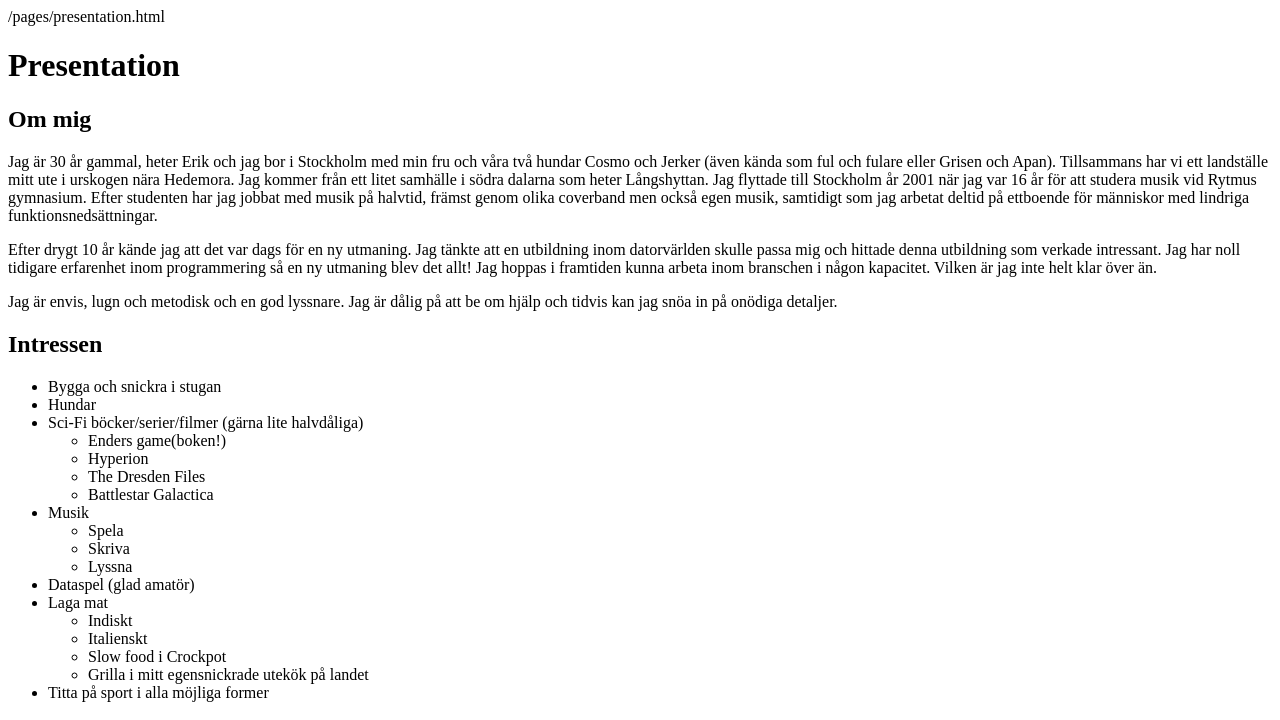
Repository: em222mt/1IK415_em222mt
Page: pages/presentation.html
The author's editor kept a record of every edit. The page is drawn from the files as they stood at one moment, then again after the next edit.
The browser window is 1280 px wide. The pictures show the whole page.

Above is the page before.

After the next edit:
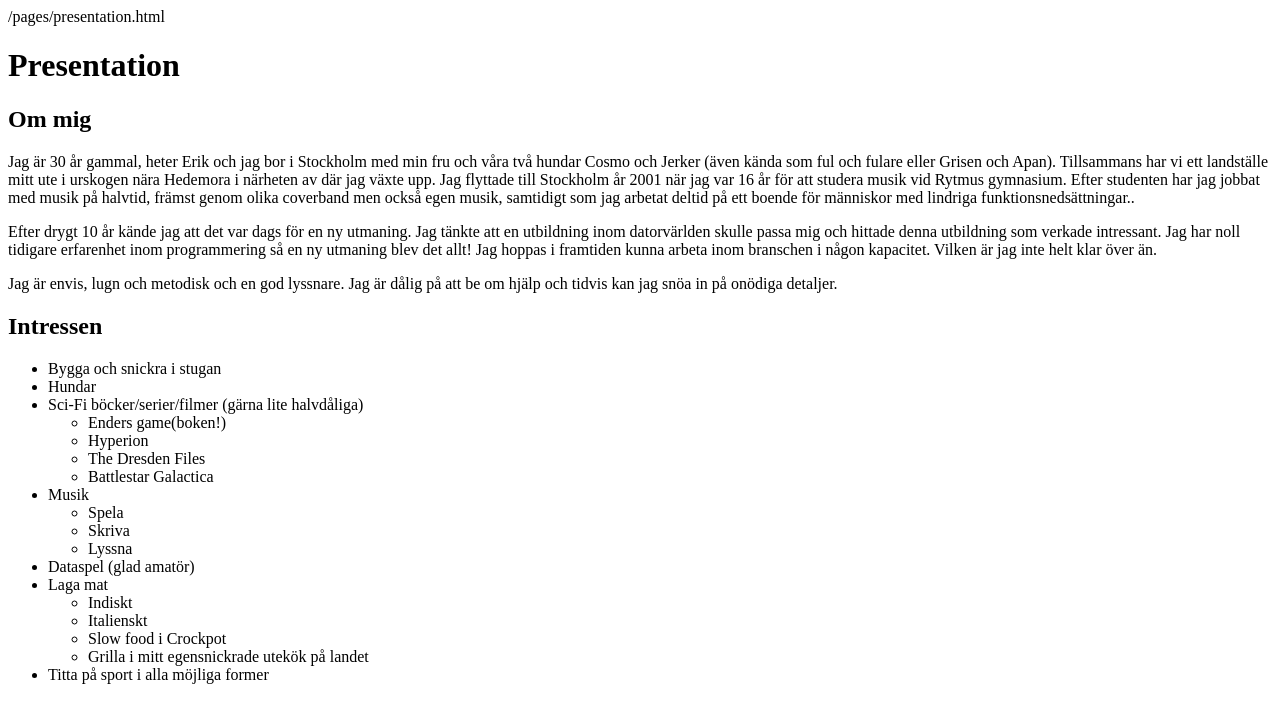
The edit:
--- a/pages/presentation.html
+++ b/pages/presentation.html
@@ -13,7 +13,7 @@
         <h1>Presentation</h1>
 
         <h2>Om mig</h2>
-            <p>Jag är 30 år gammal, heter Erik och jag bor i Stockholm med min fru och våra två hundar Cosmo och Jerker (även kända som ful och fulare eller Grisen och Apan). Tillsammans har vi ett landställe mitt ute i urskogen nära Hedemora. Jag kommer från ett litet samhälle i södra dalarna som heter Långshyttan. Jag flyttade till Stockholm år 2001 när jag var 16 år för att studera musik vid Rytmus gymnasium. Efter studenten har jag jobbat med musik på halvtid, främst genom olika coverband men också egen musik, samtidigt som jag arbetat deltid på ettboende för människor med lindriga funktionsnedsättningar.
+            <p>Jag är 30 år gammal, heter Erik och jag bor i Stockholm med min fru och våra två hundar Cosmo och Jerker (även kända som ful och fulare eller Grisen och Apan). Tillsammans har vi ett landställe mitt ute i urskogen nära Hedemora i närheten av där jag växte upp. Jag flyttade till Stockholm år 2001 när jag var 16 år för att studera musik vid Rytmus gymnasium. Efter studenten har jag jobbat med musik på halvtid, främst genom olika coverband men också egen musik, samtidigt som jag arbetat deltid på ett boende för människor med lindriga funktionsnedsättningar..
             </p>
             <p>Efter drygt 10 år kände jag att det var dags för en ny utmaning. Jag tänkte att en utbildning inom datorvärlden skulle passa mig och hittade denna utbildning som verkade intressant. Jag har noll tidigare erfarenhet inom programmering så en ny utmaning blev det allt! Jag hoppas i framtiden kunna arbeta inom branschen i någon kapacitet. Vilken är jag inte helt klar över än.
             </p>
